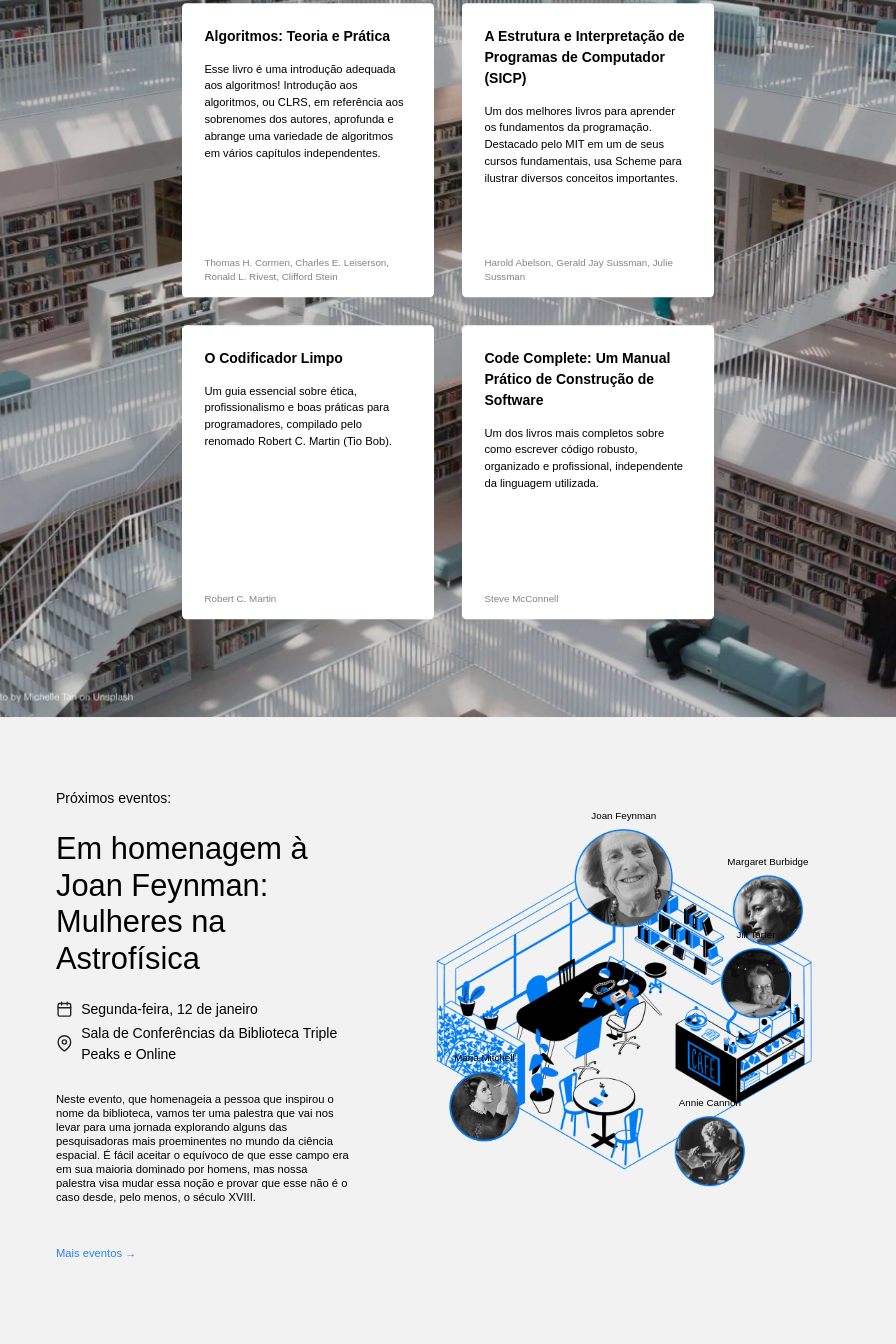
Repository: thainagomesc/web_project_library_pt
Page: index.html
The author's editor kept a copy of each file at every save. The page is drawn from the files as they stood at one save, then again after the next save.
The browser window is 1280 px wide. The pictures show the part of the page from y = 962 to 2882 px (the page is 2882 px tall), at 70% of full size.

Above is the page before, as saved 2025-12-28 21:14:00.

After the next save:
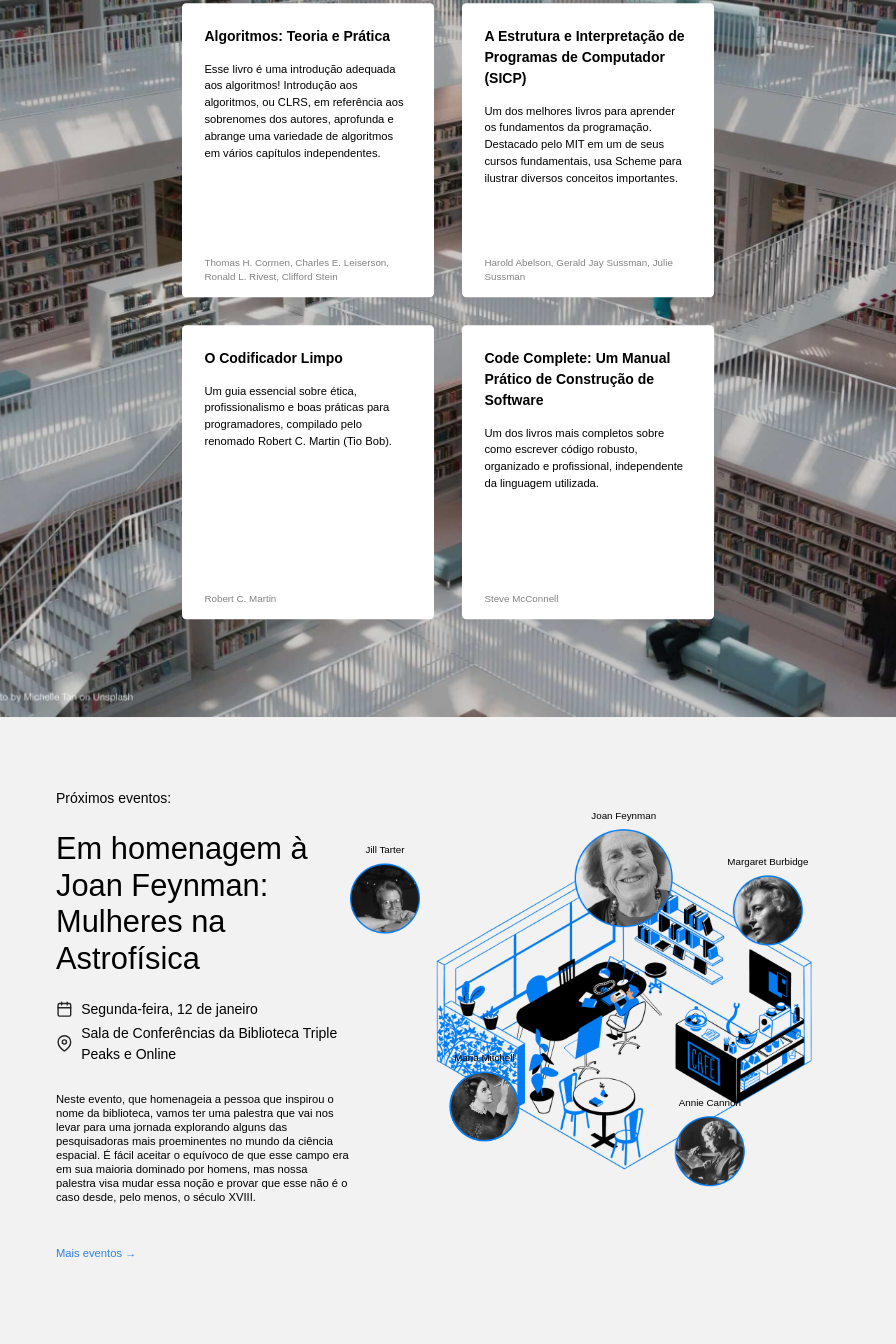
Saved 44 s later.
--- a/styles/style.css
+++ b/styles/style.css
@@ -271,10 +271,10 @@
 }
 
 .person_name_tarter {
-  top: 200px;
-  right: 150px;
+  top: 79px;
+  right: auto;
   bottom: auto;
-  left: auto;
+  left: 159;
 }
 
 .person__image {
